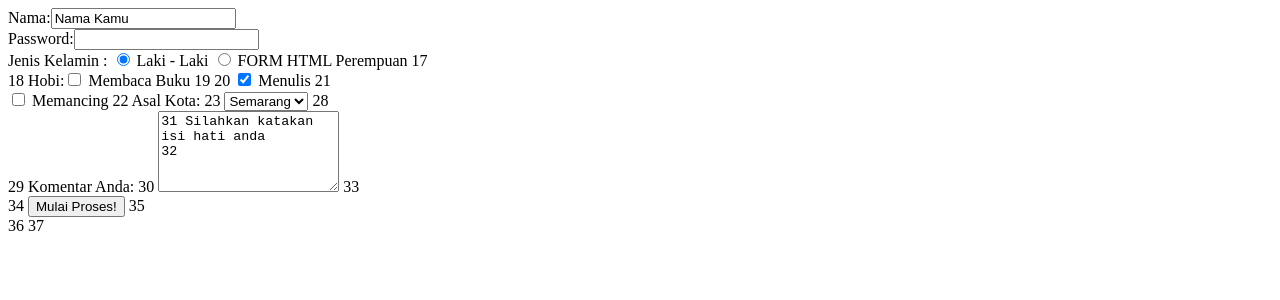
Repository: DejanAmru/dejan-praktikum
Page: modul-5/mod5.html
An editor plug-in stored every save of this project. The page is shown before and after a run of saves, followed by the edit.
The browser window is 1280 px wide. The pictures show the whole page.

Above is the page before, as saved 2025-10-30 14:11:28.

After the next 7 saves:
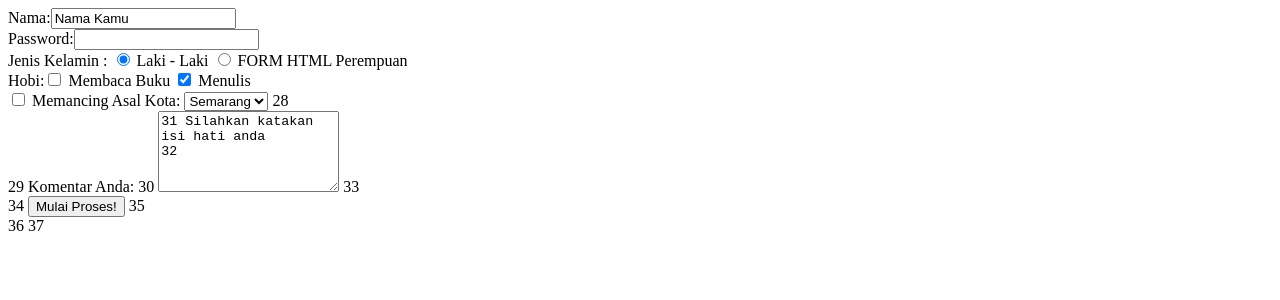
The 7 saves are shown as one change because they came seconds apart.
The last was saved 14 s later.
--- a/modul-5/mod5.html
+++ b/modul-5/mod5.html
@@ -18,22 +18,22 @@
         FORM HTML
 
  Perempuan
-17 <br />
-18 Hobi:<input type="checkbox" name="hobi_baca"/> Membaca Buku
-19
-20
+ <br />
+ Hobi:<input type="checkbox" name="hobi_baca"/> Membaca Buku
+
+
 <input type="checkbox" name="hobi_nulis" checked /> Menulis
-21 <br />
+ <br />
 <input type="checkbox" name="hobi_mancing"/> Memancing
-22 Asal Kota:
-23 <select name="asal_kota">
-24
-25
+ Asal Kota:
+ <select name="asal_kota">
+
+
 <option value="Kota Jakarta"> Jakarta</option>
-26
+
 <option>Bandung</option>
 <option value="Kota Semarang" selected>Semarang</option>
-27 </select>
+ </select>
 28 <br />
 29 Komentar Anda:
 30 <textarea name="komentar" rows="5" cols="20">
